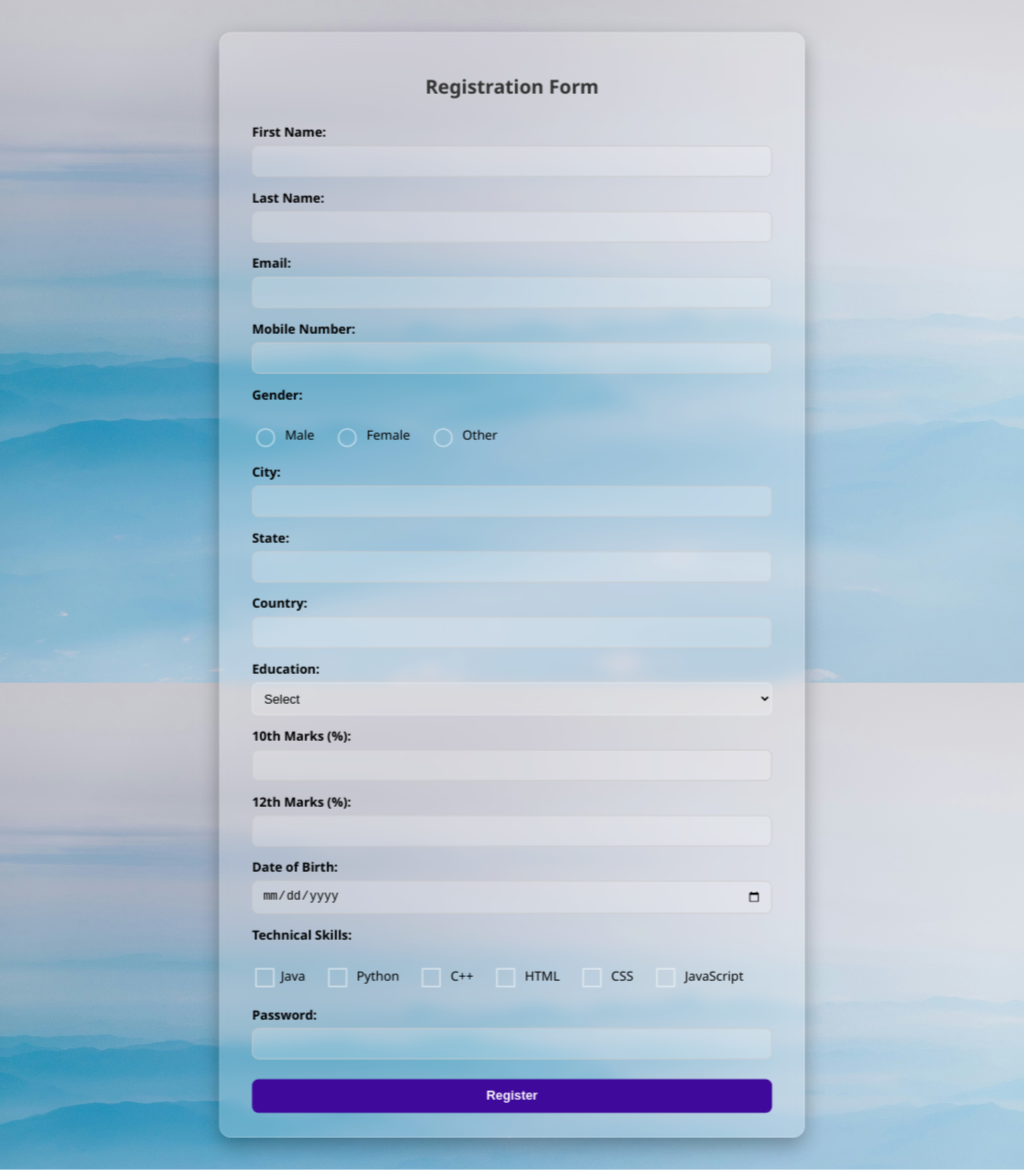
Repository: aboli-vyas/Servlet_Projects
Page: http://localhost/Sevlet_Project/Registration.html
The author's editor kept a copy of each file at every save. The page is drawn from the files as they stood at one save, then again after the next save.
The browser window is 1280 px wide. The pictures show the whole page, at 80% of full size.
The first visible `input` has the focus.
Backgrounds fixed to the window are drawn as part of the page. The page is served by Tomcat 9.

Above is the page before, as saved 2025-06-07 04:15:41.

After the next save:
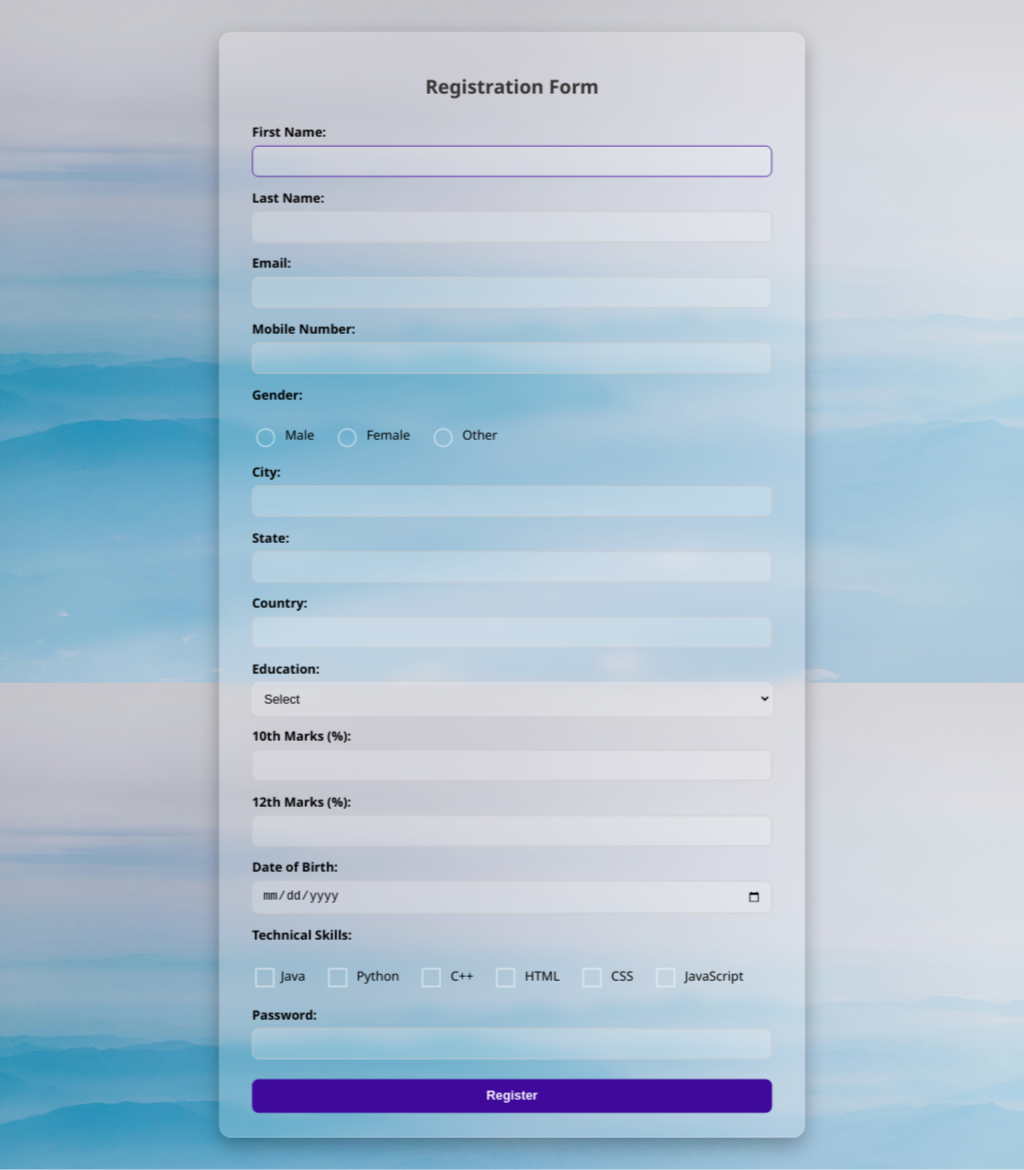
Saved 25 s later.
--- a/Sevlet_Project/src/main/webapp/style.css
+++ b/Sevlet_Project/src/main/webapp/style.css
@@ -54,7 +54,7 @@ select {
 }
 
 input:focus, select:focus {
-    border-color: ;
+    border-color: #3f0a9b ;
     outline: none;
 }
 input, select, textarea {
